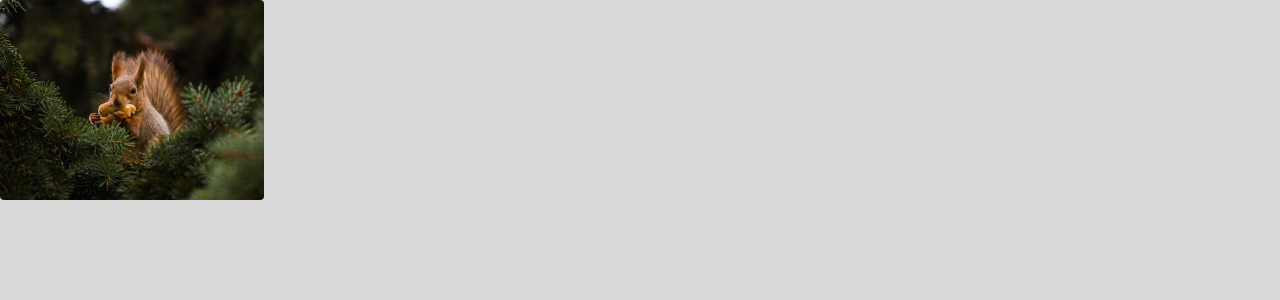
Repository: QUANGTHAI2003/images-gallery
Page: index.html
These files come from the project's save history. The page is drawn as it stood at one moment and after the next save; the edit follows.
The browser window is 1280 px wide. The pictures show the whole page.
The pointer rests on the first visible `.image`.

Above is the page before, as saved 2022-03-01 15:59:22.

After the next save:
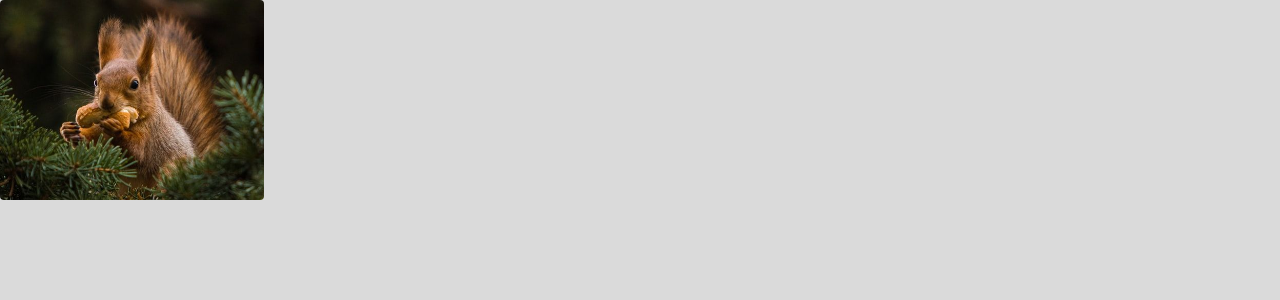
Saved 9 s later.
--- a/style.css
+++ b/style.css
@@ -30,6 +30,6 @@
 }
 
 .image:hover img {
-    transform: scale(1.2);
+    transform: scale(2);
     z-index: 10;
 }

After the save that followed:
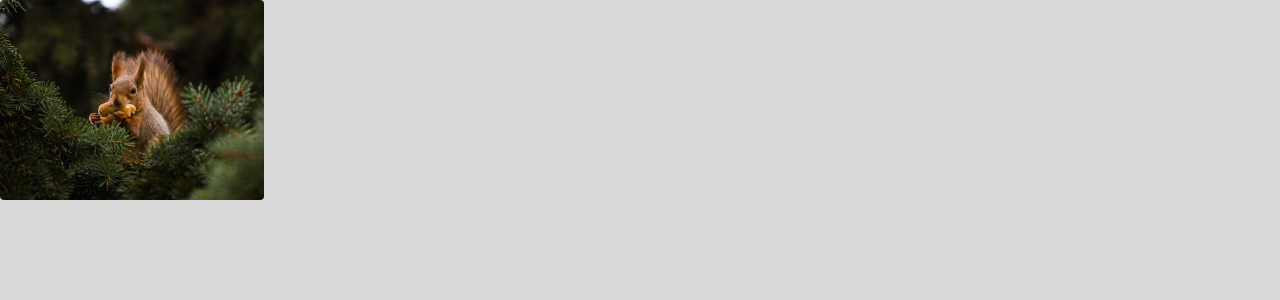
Saved 8 s later.
--- a/style.css
+++ b/style.css
@@ -30,6 +30,6 @@
 }
 
 .image:hover img {
-    transform: scale(2);
+    transform: scale(1.2);
     z-index: 10;
 }
